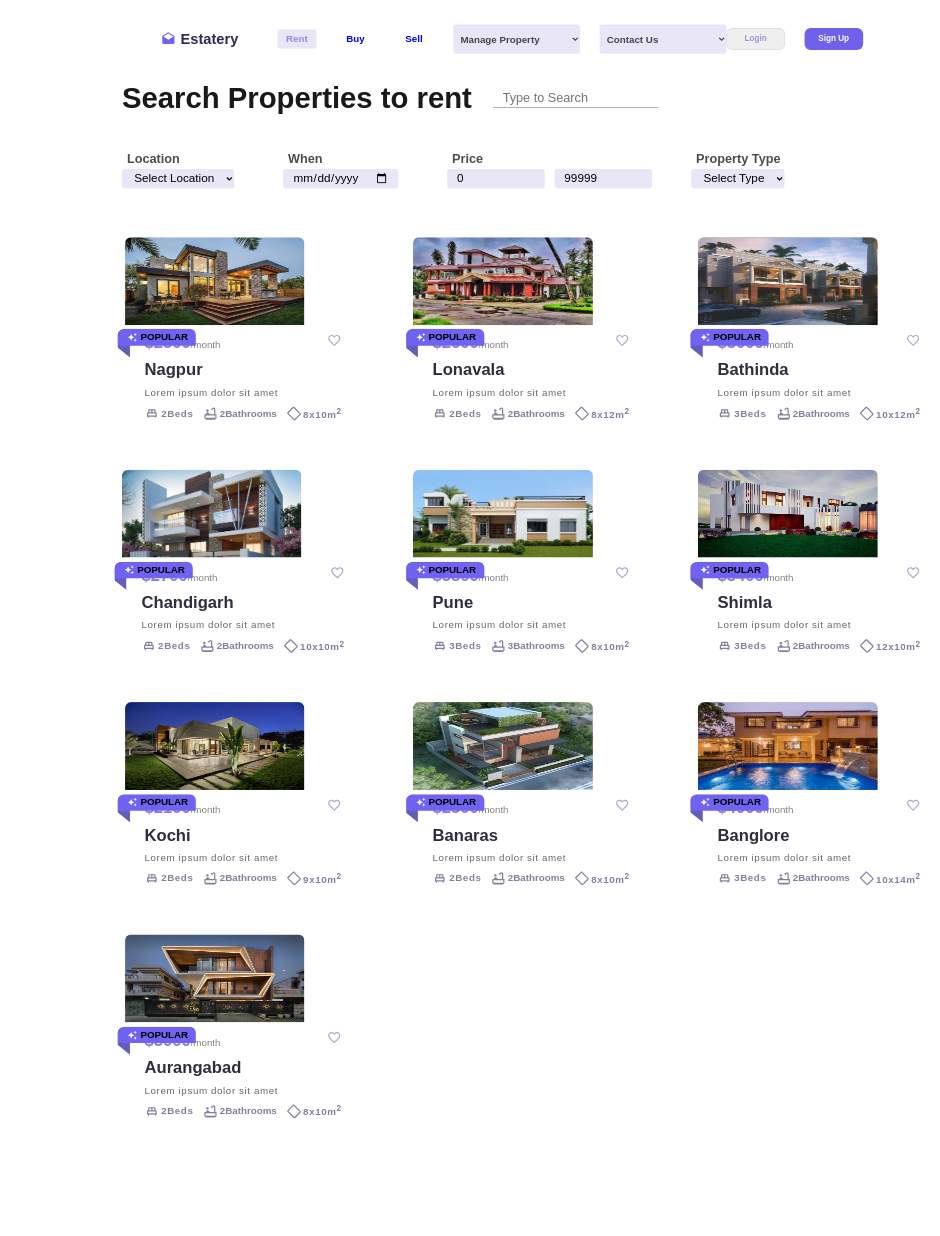
Repository: kapil4457/Reunion-Internship-Assignment
Page: /
The author's editor kept a copy of each file at every save. The page is drawn from the files as they stood at one save, then again after the next save.
The browser window is 1280 px wide. The page is 1541 px wide, so the pictures cover 1541 px, including what lies to the right of the window. The pictures show the whole page, at 61% of full size.
The project was rebuilt for these pictures with package versions that can differ from the ones it lists, and the page was loaded fresh each time. Also part of the build but not shown: src/App.css.

Above is the page before, as saved 2022-10-07 20:31:52.

### public/index.html
<!DOCTYPE html>
<html lang="en">
  <head>
    <meta charset="utf-8" />
    <link rel="icon" href="%PUBLIC_URL%/favicon.ico" />
    <meta name="viewport" content="width=device-width, initial-scale=1" />
    <meta name="theme-color" content="#000000" />
    <meta
      name="description"
      content="Web site created using create-react-app"
    />
    <link href="https://fonts.googleapis.com/css2?family=Roboto:ital,wght@1,300&display=swap" rel="stylesheet">
    <link rel="apple-touch-icon" href="%PUBLIC_URL%/logo192.png" />
    <link rel="preconnect" href="https://fonts.googleapis.com">
    <link rel="preconnect" href="https://fonts.googleapis.com">
    <!--
      manifest.json provides metadata used when your web app is installed on a
      user's mobile device or desktop. See https://developers.google.com/web/fundamentals/web-app-manifest/
    -->
    <link rel="manifest" href="%PUBLIC_URL%/manifest.json" />
    <!--
      Notice the use of %PUBLIC_URL% in the tags above.
      It will be replaced with the URL of the `public` folder during the build.
      Only files inside the `public` folder can be referenced from the HTML.

      Unlike "/favicon.ico" or "favicon.ico", "%PUBLIC_URL%/favicon.ico" will
      work correctly both with client-side routing and a non-root public URL.
      Learn how to configure a non-root public URL by running `npm run build`.
    -->
    <title>React App</title>
  </head>
  <body>
    <noscript>You need to enable JavaScript to run this app.</noscript>
    <div id="root"></div>
    <!--
      This HTML file is a template.
      If you open it directly in the browser, you will see an empty page.

      You can add webfonts, meta tags, or analytics to this file.
      The build step will place the bundled scripts into the <body> tag.

      To begin the development, run `npm start` or `yarn start`.
      To create a production bundle, use `npm run build` or `yarn build`.
    -->
  </body>
</html>

### src/index.css
*{
  font-family: 'Poppins', sans-serif;
  font-weight:600;
}

/* Chrome, Safari, Edge, Opera */
input::-webkit-outer-spin-button,
input::-webkit-inner-spin-button {
  -webkit-appearance: none;
  margin: 0;
}

/* Firefox */
input[type=number] {
  -moz-appearance: textfield;
}

### src/App.js
import { Route, Routes } from 'react-router-dom';
import './App.css';
import Header from './components/Header/Header';
import Home from  './components/Home/Home'
import Rent from './components/Rent/Rent';

function App() {
  return (
    <>
    <Header />
    <Routes>
      <Route path='/' element={<Home/>}/>
      <Route path='/rent' element={<Rent/>}/>
    </Routes>
    </>
  );
}

export default App;

### src/components/Header/Header.jsx
import React from "react";
import DraftsIcon from "@mui/icons-material/Drafts";
import { NavLink } from "react-router-dom";
import "./Header.css";
const Header = () => {
  return (
    <>
      <div className="header">
        <div className="left">
          <div className="logo">
            <DraftsIcon />
            <span>Estatery</span>
          </div>
          <div className="categories">
            <NavLink
              to="/rent"
              className={({ isActive }) => (isActive ? "activeClass" : "")}
            >
              Rent
            </NavLink>
            <NavLink
              to="/buy"
              className={({ isActive }) => (isActive ? "activeClass" : "")}
            >
              Buy
            </NavLink>
            <NavLink
              to="/sell"
              className={({ isActive }) => (isActive ? "activeClass" : "")}
            >
              Sell
            </NavLink>
            <select name="" id="manage">
              <option value="Manage Property" hidden>
                Manage Property
              </option>
              <option value="Owned">Owned</option>
              <option value="BookMarked">BookMarked</option>
            </select>
            <select name="" id="resources">
              <option value="contact">Contact Us</option>
              <option value="FAQ">FAQ</option>
            </select>
          </div>
        </div>
        <div className="right">
          <button className="login">Login</button>
          <button className="sign-up">Sign Up</button>
        </div>
      </div>
    </>
  );
};

export default Header;

### src/components/Home/Home.jsx
import React, { useEffect } from "react";
import { useNavigate } from "react-router-dom";

const Home = () => {
  const navigate = useNavigate();
  useEffect(() => {
    navigate("/rent");
  });
  return <></>;
};

export default Home;

### src/components/Rent/Rent.jsx
import React, { useState } from "react";
import { home } from "../../home";
import RentCard from "../RentCard/RentCard";
import "./Rent.css";
const Rent = () => {
  const [location, setlocation] = useState("");
  const [rangeMin, setMinRange] = useState(0);
  const [rangeMax, setMaxRange] = useState(99999);
  const [type, setType] = useState("");
  const [date, setDate] = useState(new Date());
  const [typed, setTyped] = useState("");

  //date -> YY/MM/DD format
  const filtering = (val) => {
    var dateNow = new Date(val.moveIn);
    var date2 = new Date(date);

    if (
      (location === "" || location == val.state || location == "All") &&
      (parseInt(rangeMax) > val.price || rangeMax == "") &&
      (parseInt(rangeMin) < val.price || rangeMin == "") &&
      date2 <= dateNow &&
      (typed === "" ||
        val.state.includes(typed) ||
        val.address.includes(typed)) &&
      (type == "" || type == val.type || type == "All")
    ) {
      console.log(date2, dateNow);
      return true;
    }
  };
  return (
    <>
      <div className="rent-main">
        <div className="first">
          <div className="heading">Search Properties to rent</div>
          <input
            className="search-bar"
            placeholder="Type to Search"
            value={typed}
            onChange={(e) => {
              setTyped(e.target.value);
            }}
          />
        </div>
        <div className="second">
          <div>
            <span>Location</span>
            <select
              name=""
              id=""
              onChange={(e) => {
                setlocation(e.target.value);
              }}
            >
              <option value="" hidden>
                Select Location
              </option>
              <option value="All">All</option>
              <option value="Bathinda">Bathinda</option>
              <option value="Nagpur">Nagpur</option>
              <option value="Lonavala">Lonavala</option>
              <option value="Chandigarh">Chandigarh</option>
              <option value="Pune">Pune</option>
              <option value="Shimla">Shimla</option>
              <option value="Kochi">Kochi</option>
              <option value="Banaras">Banaras</option>
              <option value="Banglore">Banglore</option>
              <option value="Aurangabad">Aurangabad</option>
            </select>
          </div>
          <div>
            <span>When</span>
            <input
              type="date"
              onChange={(e) => {
                setDate(e.target.value);
              }}
            />
          </div>
          <div>
            <span>Price</span>
            <div>
              <input
                type="number"
                placeholder="Minimum"
                value={rangeMin}
                onChange={(e) => {
                  setMinRange(e.target.value);
                }}
              />
              <input
                type="number"
                placeholder="Maximum"
                value={rangeMax}
                onChange={(e) => {
                  setMaxRange(e.target.value);
                }}
              />
            </div>
          </div>
          <div>
            <span>Property Type</span>
            <select
              name=""
              id=""
              onChange={(e) => {
                setType(e.target.value);
              }}
            >
              <option value="" hidden>
                Select Type
              </option>
              <option value="All">All</option>
              <option value="Villa">Villa</option>
              <option value="Flats">Flats</option>
              <option value="RowHouse">RowHouse</option>
            </select>
          </div>
        </div>
        <div className="rent-cards">
          {home.filter(filtering).map((item, idx) => (
            <RentCard data={item} key={idx} />
          ))}
        </div>
      </div>
    </>
  );
};

export default Rent;

### src/components/Header/Header.css

.header{
display:flex;
justify-content:space-between;
align-items:center;
padding:2rem 4rem;
}

.left{
    display:flex;
    align-items:center;
    gap:4rem;
}
.left > .logo{
    display:flex;
    align-items:center;
    gap:0.5rem;
    font-size:1.5rem;
    font-weight:650;
    color:rgb(48,41,83);
}

.left > .logo > svg{
    color:rgb(110,99,238);
}

.categories{
    display:flex;
    align-items:center;
    gap:2rem;
}

.categories > a{
    text-decoration:none;
    font-weight:550;
    height:2rem;
    display:flex;
    align-items:center;
    width:4rem;
    justify-content: center;
}

.activeClass{
    color:rgb(150, 136, 238);
    background-color: rgb(233,230,247);
    border-radius: 5px;
}

.categories > select{
    width:13rem;
    height:3rem;
    border:none;
    outline:none;
    color:rgba(0,0,0,0.7);
    font-weight:550;
    background-color:rgb(233,230,247);
    border-radius:5px;
    padding:0 0.5rem;
    font-size:1rem;
}

.categories > select > option{
    font-size:1rem;
    font-weight:550;

}
.right{
    display:flex;
    align-items:center;
    gap:2rem;

}

.right > button {
    width:6rem;
    height:2.3rem;
    border-radius:10px;
    outline:none;

}

.login{
border:1px solid rgba(0,0,0,0.1);
color:rgb(154, 148, 218);
font-weight:650;
cursor:pointer;
}

.sign-up
{
    background-color:rgb(110,97,236);
    color:white;
    cursor:pointer;
    border:none;
}

### src/home.js
export const home = [

        {
            state:"Nagpur",
            price:2500,
            address:" Lorem ipsum dolor sit amet ",
            bedCount:2,
            bathCount:2,
            area:"8x10",
            image:"h1.jpg",
            moveIn:new Date(2022,10,20),
            type:"Villa"

        },
        {
            state:"Lonavala",
            price:2600,
            address:" Lorem ipsum dolor sit amet ",
            bedCount:2,
            bathCount:2,
            area:"8x12",
            image:"h2.jpg",
            moveIn:new Date(2022,11,20),
            type:"Flats"



        },     {
            state:"Bathinda",
            price:3000,
            address:" Lorem ipsum dolor sit amet ",
            bedCount:3,
            bathCount:2,
            area:"10x12",
            image:"h3.jpg",
            moveIn:new Date(2022,11,12),
            type:"RowHouse"



        },     {
            state:"Chandigarh",
            price:2700,
            address:" Lorem ipsum dolor sit amet ",
            bedCount:2,
            bathCount:2,
            area:"10x10",
            image:"h4.jpg",
            moveIn:new Date(2023,1,20),
            type:"Villa"



        },     {
            state:"Pune",
            price:3800,
            address:" Lorem ipsum dolor sit amet ",
            bedCount:3,
            bathCount:3,
            area:"8x10",
            image:"h5.jpg",
            moveIn:new Date(2023,1,10),
            type:"Flats"


        },     {
            state:"Shimla",
            price:3400,
            address:" Lorem ipsum dolor sit amet ",
            bedCount:3,
            bathCount:2,
            area:"12x10",
            image:"h6.jpg",
            moveIn:new Date(2023,2,15),
            type:"RowHouse"



        },     {
            state:"Kochi",
            price:2100,
            address:" Lorem ipsum dolor sit amet ",
            bedCount:2,
            bathCount:2,
            area:"9x10",
            image:"h7.jpg",
            moveIn:new Date(2023 , 2 ,15),
            type:"Villa"


        },     {
            state:"Banaras",
            price:2500,
            address:" Lorem ipsum dolor sit amet ",
            bedCount:2,
            bathCount:2,
            area:"8x10",
            image:"h8.jpg",
            moveIn:new Date(2023 , 3 ,19),
            type:"Flats"



        },     {
            state:"Banglore",
            price:4000,
            address:" Lorem ipsum dolor sit amet ",
            bedCount:3,
            bathCount:2,
            area:"10x14",
            image:"h9.jpg",
            moveIn:new Date(2023 , 5 , 19),
            type:"RowHouse"



        },     {
            state:"Aurangabad",
            price:3000,
            address:" Lorem ipsum dolor sit amet ",
            bedCount:2,
            bathCount:2,
            area:"8x10",
            image:"h10.jpg",
            moveIn:new Date(2023 , 6 , 6),
            type:"Villa"



        },

]

### src/components/RentCard/RentCard.jsx
import React, { useState } from "react";
import "./RentCard.css";
import FavoriteBorderIcon from "@mui/icons-material/FavoriteBorder";
import SingleBedIcon from "@mui/icons-material/SingleBed";
import BathtubOutlinedIcon from "@mui/icons-material/BathtubOutlined";
import Crop54Icon from "@mui/icons-material/Crop54";
import AutoAwesomeIcon from "@mui/icons-material/AutoAwesome";
const RentCard = ({ data }) => {
  const [color, setColor] = useState("rgb(176,171,202)");
  const changeColor = () => {
    if (color == "rgb(176,171,202)") {
      setColor("red");
    } else {
      setColor("rgb(176,171,202)");
    }
  };
  return (
    <div className="rent-card-main">
      <div className="purple-tag">
        <div className="straight">
          <AutoAwesomeIcon />
          <span>POPULAR</span>
        </div>
        <div className="slant"></div>
      </div>
      <div className="main-image">
        <img src={`${data.image}`} alt="" />
      </div>
      <div className="rent-card-info">
        <div className="rent-card-price">
          <div>
            <span>${data.price}</span>/month
          </div>
          <FavoriteBorderIcon
            style={{ color: `${color}` }}
            onClick={changeColor}
          />
        </div>
        <div className="rent-card-name">{data.state}</div>
        <div className="rent-card-address">{data.address}</div>
        <div className="icons">
          <div className="beds">
            <SingleBedIcon />
            <span>{data.bedCount}Beds</span>
          </div>
          <div className="bath">
            <BathtubOutlinedIcon />
            <span>{data.bathCount}Bathrooms</span>
          </div>
          <div className="area">
            <Crop54Icon />
            <span>
              {data.area}m<sup>2</sup>
            </span>
          </div>
        </div>
      </div>
    </div>
  );
};

export default RentCard;

### src/components/Rent/Rent.css
body{

    padding:0 12rem;
}
.rent-main{
    margin-bottom: 12rem;
}

.first{
    display:flex;
    height:5rem;
    justify-content: space-between;
    align-items:center;
    margin-bottom:3rem;
}

.first > .heading{
    font-size:3rem;
    font-weight:650;
    color:rgba(0,0,0,0.9);
}

.first > .search-bar{
    width:15rem;
    padding:0 1rem;
    border:none;
    border-bottom:1px solid gray;
    outline:none;
    height:2rem;
    font-size:1.3rem;
    font-weight:250;
}
.second > div >select {
    font-size:1.2rem;
    height:2rem;
    padding:0 1rem;
    border-radius:5px;
    border:none;
    outline:none;
    background-color:rgb(233,230,247);
    font-weight: 450;
}
.second > div >select >option{
    font-weight: 450;
}
.second > div >input  , .second > div >div>input {
    font-size:1.2rem;
    height:2rem;
    border-radius:5px;
    border:none;
    outline:none;
    padding:0 1rem;
    font-weight: 450;
    background-color:rgb(233,230,247);
}

.second > div >div{
display:flex;
gap:1rem;

}
.second > div >div>input{
width:8rem;

}
.second{
    display: flex;
    gap:5rem;
}
.second>div{
    display:flex;
    flex-direction: column;
    width:20rem;
    gap:0.3rem;
}

.second >div>span{
    color:rgba(0,0,0,0.7);
    font-size:1.3rem;
    font-weight:550;
    padding-left:0.5rem;
}


.rent-cards{
    display:grid;
    grid-template-columns: 1fr 1fr 1fr;
    margin-top:5rem;
    place-items:center;
    gap:5rem;
    border-radius:10px;

}

### src/components/RentCard/RentCard.css

.rent-card-main{
    position:relative;
}

.main-image{
    width:23vw;
    border-radius:10px 10px 0 0;
    height:20vh;
}

.rent-card-info{
    padding:0.8rem 2rem 0 2rem;
    display: flex;
    flex-direction: column;
    gap:0.8rem;

}

.main-image > img{
    border-radius:10px 10px 0 0;
width:100%;
height:100%;
}

.rent-card-price{
    display:flex;
    justify-content:space-between;

}
.rent-card-price >div{
    color:gray;
    font-weight: 500;
}
.rent-card-price > svg{
    color:rgb(176,171,202);
    cursor:pointer;
}

.rent-card-price >div > span{
    font-size:1.7rem;
    font-weight:600;
    color:rgb(134, 127, 219);
}

.rent-card-name{
    /* padding:0.7rem 0 0 0 ; */
    font-weight:670;
    color:rgb(47,45,64);
    font-size:1.7rem;
}
.rent-card-address{
    color:rgba(0,0,0,0.6);
    font-weight: 350;
    letter-spacing: 1px;
}

.icons{
    display:flex;
    gap:1rem;
}

.icons > .beds , .icons > .bath , .icons >.area{
    display: flex;
    align-items: center;
    gap:0.2rem;
    font-weight:450;
    color:rgb(131,128,159);
}

.icons > .beds>span , .icons>span > .bath>span, .icons >.area>span{
    letter-spacing: 1px;
}

.icons > .area  > svg{
    transform:rotate(45deg)

}

.purple-tag{
    position: absolute;
    width:8rem;
    height:3.4rem;
    top:50%;
    left:-3%;
    border-radius: 10px;
overflow: hidden;
}

.purple-tag > .straight{
    position: absolute;
    padding: 0 1rem;
    width:100%;
    height: 50%;
    border-radius:10px 10px 10px 3px;
    background-color: rgb(112,99,241);
    z-index: 1;
    display: flex;
    align-items: center;
    gap:0.3rem;
}

.purple-tag > .straight  >svg{
    color:white;
    font-size:1rem;
}

.purple-tag > .slant{
    position:absolute;
    top:15%;
    height:50%;
    left:-6%;
    background-color:rgb(102,92,189);
    width:21%;
    transform: skewY(39deg);

}

Loaded but not shown: src/index.js (common file); src/reportWebVitals.js (common file)

After the next save:
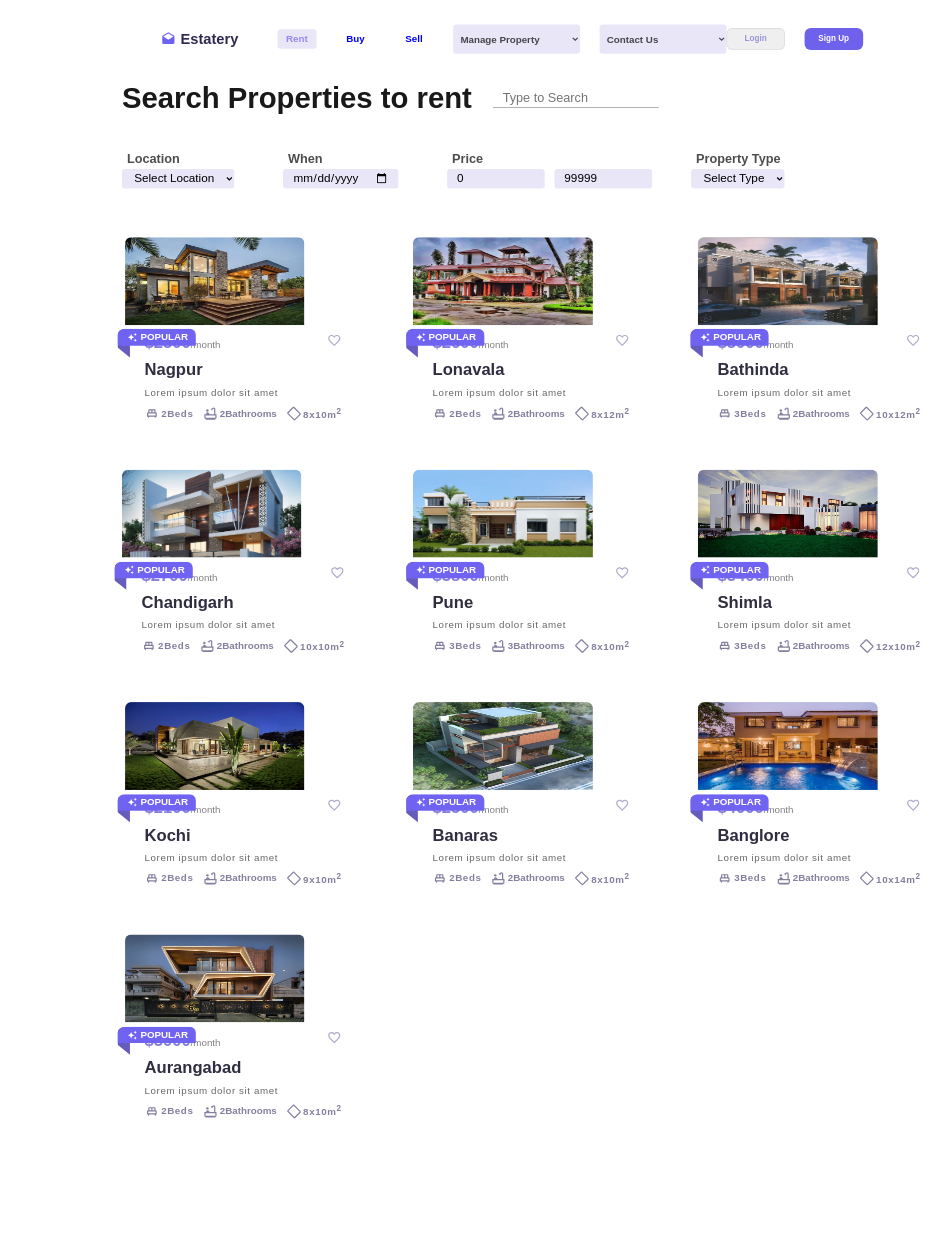
Saved 14 s later.
--- a/src/components/RentCard/RentCard.css
+++ b/src/components/RentCard/RentCard.css
@@ -104,6 +104,9 @@ overflow: hidden;
     color:white;
     font-size:1rem;
 }
+.purple-tag > .straight > span{
+    color:white;
+}
 
 .purple-tag > .slant{
     position:absolute;
